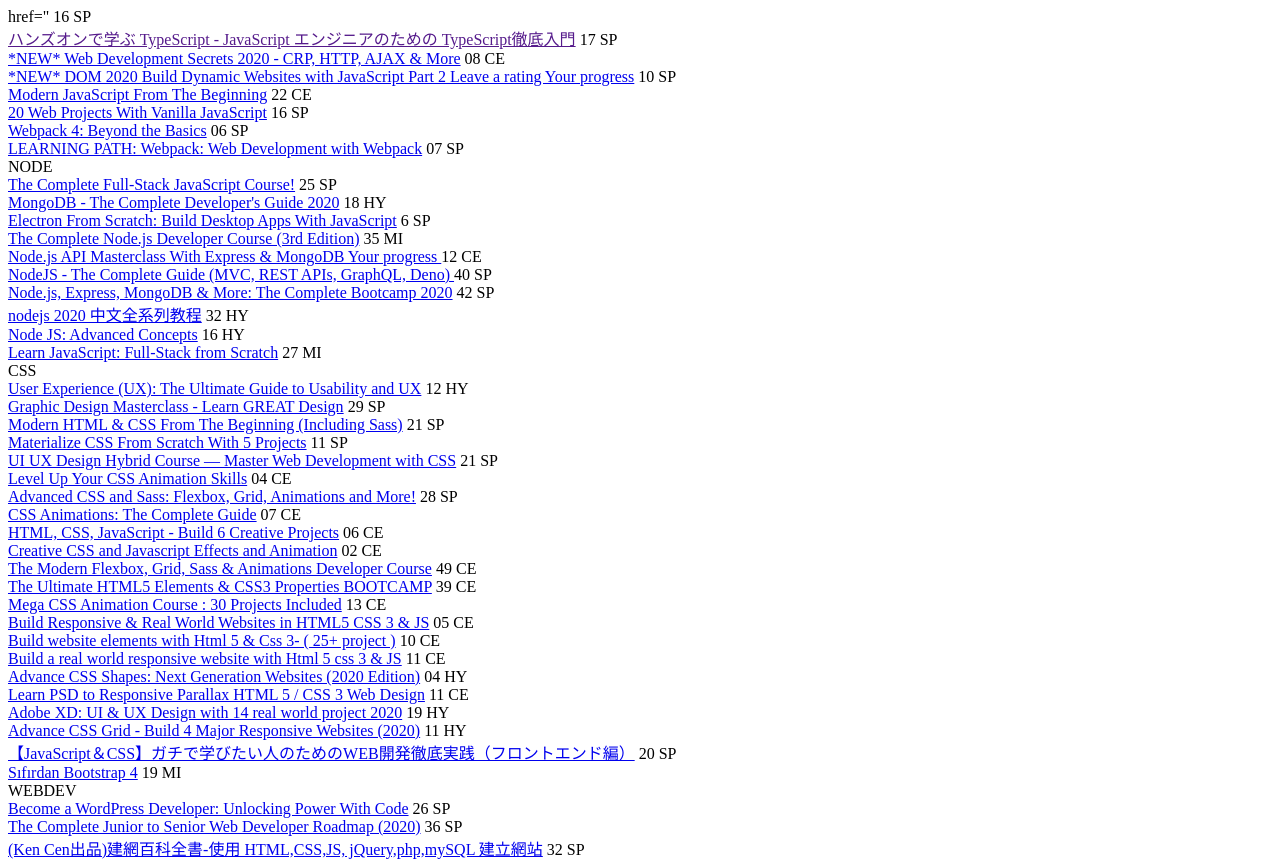
Repository: ClementLight/plan
Page: tmp.html
These files come from the project's save history. The page is drawn as it stood at one moment and after the next save; the edit follows.
The browser window is 1280 px wide. The pictures show the whole page.

Above is the page before, as saved 2020-09-01 14:24:39.

### tmp.html

        href="</a>
          <span class="hours">16</span>
          <span class="account">SP</span>
        </div>
        <div class="lesson lesson-background-filter">
          <a class="lessonname" href="">ハンズオンで学ぶ TypeScript - JavaScript エンジニアのための TypeScript徹底入門</a>
          <span class="hours">17</span>
          <span class="account">SP</span>
        </div>
        <div class="lesson lesson-background-filter">
          <a class="lessonname" href="https://www.udemy.com/course/new-web-development-secrets/learn/lecture/15578344?start=0#overview">*NEW* Web Development Secrets 2020 - CRP, HTTP, AJAX & More</a>
          <span class="hours">08</span>
          <span class="account">CE</span>
        </div>
        <div class="lesson lesson-background-filter">
          <a class="lessonname" href="https://www.udemy.com/course/build-dynamic-websites-dom-2/learn/lecture/17908964#overview">*NEW* DOM 2020 Build Dynamic Websites with JavaScript Part 2 Leave a rating Your progress</a>
          <span class="hours">10</span>
          <span class="account">SP</span>
        </div>
        <div class="lesson lesson-background-filter">
          <a class="lessonname" href="https://www.udemy.com/course/modern-javascript-from-the-beginning/learn/lecture/8762504?start=0#overview">Modern JavaScript From The Beginning</a>
          <span class="hours">22</span>
          <span class="account">CE</span>
        </div>
        <div class="lesson lesson-background-filter">
          <a class="lessonname" href="https://www.udemy.com/course/web-projects-with-vanilla-javascript/learn/lecture/17842028?start=210#overview">20 Web Projects With Vanilla JavaScript</a>
          <span class="hours">16</span>
          <span class="account">SP</span>
        </div>
        <div class="lesson lesson-background-filter">
          <a class="lessonname" href="https://www.udemy.com/course/webpack-beyond-the-basics/learn/lecture/8445416?start=285#overview">Webpack 4: Beyond the Basics</a>
          <span class="hours">06</span>
          <span class="account">SP</span>
        </div>
        <div class="lesson lesson-background-filter">
          <a class="lessonname" href="https://www.udemy.com/course/learning-path-webpack-web-development-with-webpack/learn/lecture/9378330#overview">LEARNING PATH: Webpack: Web Development with Webpack</a>
          <span class="hours">07</span>
          <span class="account">SP</span>
        </div>
      </div>
    </section>
    <section class="maincontainers">
      <div class="lessontype">NODE</div>
      <div class="lessons">
        <div class="lesson lesson-background-filter">
          <a class="lessonname" href="https://www.udemy.com/course/full-stack-javascript/learn/lecture/14022702?start=0#overview">The Complete Full-Stack JavaScript Course!</a>
          <span class="hours">25</span>
          <span class="account">SP</span>
        </div>
        <div class="lesson lesson-background-filter">
          <a class="lessonname" href="https://www.udemy.com/course/mongodb-the-complete-developers-guide/learn/lecture/13914002?start=0#overview">MongoDB - The Complete Developer's Guide 2020</a>
          <span class="hours">18</span>
          <span class="account">HY</span>
        </div>
        <div class="lesson lesson-background-filter">
          <a class="lessonname" href="https://www.udemy.com/course/electron-from-scratch/learn/lecture/19823412#overview">Electron From Scratch: Build Desktop Apps With JavaScript</a>
          <span class="hours">6</span>
          <span class="account">SP</span>
        </div>
        <div class="lesson lesson-background-filter">
          <a class="lessonname" href="https://www.udemy.com/course/the-complete-nodejs-developer-course-2/learn/lecture/13729190?start=0#announcements">The Complete Node.js Developer Course (3rd Edition)</a>
          <span class="hours">35</span>
          <span class="account">MI</span>
        </div>
        <div class="lesson lesson-background-filter">
          <a class="lessonname" href="https://www.udemy.com/course/nodejs-api-masterclass/learn/lecture/16581402?start=0#overview">Node.js API Masterclass With Express & MongoDB Your progress </a>
          <span class="hours">12</span>
          <span class="account">CE</span>
        </div>
        <div class="lesson lesson-background-filter">
          <a class="lessonname" href="https://www.udemy.com/course/nodejs-the-complete-guide/learn/lecture/11561886#overview">NodeJS - The Complete Guide (MVC, REST APIs, GraphQL, Deno) </a>
          <span class="hours">40</span>
          <span class="account">SP</span>
        </div>
        <div class="lesson lesson-background-filter">
          <a class="lessonname" href="https://www.udemy.com/course/nodejs-express-mongodb-bootcamp/learn/lecture/15065290?start=135#overview">Node.js, Express, MongoDB & More: The Complete Bootcamp 2020</a>
          <span class="hours">42</span>
          <span class="account">SP</span>
        </div>
        <div class="lesson lesson-background-filter">
          <a class="lessonname" href="https://www.udemy.com/course/nodejs-2020/learn/lecture/19475016?start=315#overview">nodejs 2020 中文全系列教程</a>
          <span class="hours">32</span>
          <span class="account">HY</span>
        </div>
        <div class="lesson lesson-background-filter">
          <a class="lessonname" href="https://www.udemy.com/course/advanced-node-for-developers/learn/lecture/9667538?start=0#overview">Node JS: Advanced Concepts</a>
          <span class="hours">16</span>
          <span class="account">HY</span>
        </div>
        <div class="lesson lesson-background-filter">
          <a class="lessonname" href="https://www.udemy.com/course/learn-javascript-full-stack-from-scratch/learn/lecture/15373818?start=1#overview">Learn JavaScript: Full-Stack from Scratch</a>
          <span class="hours">27</span>
          <span class="account">MI</span>
        </div>
      </div>
    </section>
    <section class="maincontainers">
      <div class="lessontype">CSS</div>
      <div class="lessons">
        <div class="lesson lesson-background-filter">
          <a class="lessonname" href="https://www.udemy.com/course/ultimate-guide-to-ux/learn/lecture/218133#overview">User Experience (UX): The Ultimate Guide to Usability and UX</a>
          <span class="hours">12</span>
          <span class="account">HY</span>
        </div>
        <div class="lesson lesson-background-filter">
          <a class="lessonname" href="https://www.udemy.com/course/graphic-design-masterclass-everything-you-need-to-know/learn/lecture/16859564?start=10#overview">Graphic Design Masterclass - Learn GREAT Design</a>
          <span class="hours">29</span>
          <span class="account">SP</span>
        </div>
        <div class="lesson lesson-background-filter">
          <a class="lessonname" href="https://www.udemy.com/course/modern-html-css-from-the-beginning/learn/lecture/13285606?start=0#overview">Modern HTML & CSS From The Beginning (Including Sass)</a>
          <span class="hours">21</span>
          <span class="account">SP</span>
        </div>
        <div class="lesson lesson-background-filter">
          <a class="lessonname" href="https://www.udemy.com/course/materialize-css-from-scratch-with-5-projects/learn/lecture/9380778?start=120#overview">Materialize CSS From Scratch With 5 Projects</a>
          <span class="hours">11</span>
          <span class="account">SP</span>
        </div>
        <div class="lesson lesson-background-filter">
          <a class="lessonname" href="https://www.udemy.com/course/uxdevelopment/learn/lecture/21499324?start=45#questions">UI UX Design Hybrid Course — Master Web Development with CSS</a>
          <span class="hours">21</span>
          <span class="account">SP</span>
        </div>
        <div class="lesson lesson-background-filter">
          <a class="lessonname" href="https://www.udemy.com/course/level-up-your-css-animation-skills/learn/lecture/14278658?start=746#overview">Level Up Your CSS Animation Skills</a>
          <span class="hours">04</span>
          <span class="account">CE</span>
        </div>
        <div class="lesson lesson-background-filter">
          <a class="lessonname" href="https://www.udemy.com/course/advanced-css-and-sass/learn/lecture/8859760?start=150#overview">Advanced CSS and Sass: Flexbox, Grid, Animations and More!</a>
          <span class="hours">28</span>
          <span class="account">SP</span>
        </div>
        <div class="lesson lesson-background-filter">
          <a class="lessonname" href="https://www.udemy.com/course/css-animations-the-complete-guide/learn/lecture/21508866?start=0#overview">CSS Animations: The Complete Guide</a>
          <span class="hours">07</span>
          <span class="account">CE</span>
        </div>
        <div class="lesson lesson-background-filter">
          <a class="lessonname" href="https://www.udemy.com/course/html-css-javascript-course-build-6-creative-projects/learn/lecture/12194674?start=180#overview">HTML, CSS, JavaScript - Build 6 Creative Projects</a>
          <span class="hours">06</span>
          <span class="account">CE</span>
        </div>
        <div class="lesson lesson-background-filter">
          <a class="lessonname" href="https://www.udemy.com/course/creative-css-and-javascript-effects-and-animation/learn/lecture/20827122#overview">Creative CSS and Javascript Effects and Animation</a>
          <span class="hours">02</span>
          <span class="account">CE</span>
        </div>
        <div class="lesson lesson-background-filter">
          <a class="lessonname" href="https://www.udemy.com/course/the-modern-flexbox-grid-sass-animations-developer-course/learn/lecture/20861738?start=15#questions">The Modern Flexbox, Grid, Sass & Animations Developer Course</a>
          <span class="hours">49</span>
          <span class="account">CE</span>
        </div>
        <div class="lesson lesson-background-filter">
          <a class="lessonname" href="https://www.udemy.com/course/the-most-up-tp-date-html5-css3-level-1-essentials-with-100-challenges/learn/lecture/18515152?start=131#overview">The Ultimate HTML5 Elements & CSS3 Properties BOOTCAMP</a>
          <span class="hours">39</span>
          <span class="account">CE</span>
        </div>
        <div class="lesson lesson-background-filter">
          <a class="lessonname" href="https://www.udemy.com/course/mega-css-animation-course/learn/lecture/15322532?start=0#overview">Mega CSS Animation Course : 30 Projects Included</a>
          <span class="hours">13</span>
          <span class="account">CE</span>
        </div>
        <div class="lesson lesson-background-filter">
          <a class="lessonname" href="https://www.udemy.com/course/build-responsive-real-world-websites-in-html5-css-3-js/learn/lecture/20595720?start=0#overview">Build Responsive & Real World Websites in HTML5 CSS 3 & JS</a>
          <span class="hours">05</span>
          <span class="account">CE</span>
        </div>
        <div class="lesson lesson-background-filter">
          <a class="lessonname" href="https://www.udemy.com/course/build-website-elements-with-html-5-css-3-25-project/learn/lecture/8485378?start=360#overview">Build website elements with Html 5 & Css 3- ( 25+ project )</a>
          <span class="hours">10</span>
          <span class="account">CE</span>
        </div>
        <div class="lesson lesson-background-filter">
          <a class="lessonname" href="https://www.udemy.com/course/build-a-real-world-responsive-website-with-html-5-css-3-js/learn/lecture/9007158?start=15#overview">Build a real world responsive website with Html 5 css 3 & JS</a>
          <span class="hours">11</span>
          <span class="account">CE</span>
        </div>
        <div class="lesson lesson-background-filter">
          <a class="lessonname" href="https://www.udemy.com/course/mastering-native-css-shapes/learn/lecture/7168320?start=0#overview">Advance CSS Shapes: Next Generation Websites (2020 Edition)</a>
          <span class="hours">04</span>
          <span class="account">HY</span>
        </div>
        <div class="lesson lesson-background-filter">
          <a class="lessonname" href="https://www.udemy.com/course/learn-psd-to-responsive-parallax-html-5-css-3-web-design/learn/lecture/12566652?start=0#overview">Learn PSD to Responsive Parallax HTML 5 / CSS 3 Web Design</a>
          <span class="hours">11</span>
          <span class="account">CE</span>
        </div>
        <div class="lesson lesson-background-filter">
          <a class="lessonname" href="https://www.udemy.com/course/adobe-xd-ui-ux-design-with-10-real-world-project-2020-tuto/learn/lecture/18412718?start=0#overview">Adobe XD: UI & UX Design with 14 real world project 2020</a>
          <span class="hours">19</span>
          <span class="account">HY</span>
        </div>
        <div class="lesson lesson-background-filter">
          <a class="lessonname" href="https://www.udemy.com/course/css-grid-the-complete-guide/learn/lecture/10099838?start=0#overview">Advance CSS Grid - Build 4 Major Responsive Websites (2020)</a>
          <span class="hours">11</span>
          <span class="account">HY</span>
        </div>

        <div class="lesson lesson-background-filter">
          <a class="lessonname" href="https://www.udemy.com/course/front-dev-tutorial/learn/lecture/17695216?start=477#overview">【JavaScript＆CSS】ガチで学びたい人のためのWEB開発徹底実践（フロントエンド編）</a>
          <span class="hours">20</span>
          <span class="account">SP</span>
        </div>
        <div class="lesson lesson-background-filter">
          <a class="lessonname" href="https://www.udemy.com/course/sifirdan-bootstrap-4/learn/lecture/15031248#overview">Sıfırdan Bootstrap 4</a>
          <span class="hours">19</span>
          <span class="account">MI</span>
        </div>
      </div>
    </section>
    <section class="maincontainers">
      <div class="lessontype">WEBDEV</div>
      <div class="lessons">
        <div class="lesson lesson-background-filter">
          <a class="lessonname" href="https://www.udemy.com/course/become-a-wordpress-developer-php-javascript/learn/lecture/7076998?start=270#overview">Become a WordPress Developer: Unlocking Power With Code</a>
          <span class="hours">26</span>
          <span class="account">SP</span>
        </div>
        <div class="lesson lesson-background-filter">
          <a class="lessonname" href="https://www.udemy.com/course/the-complete-junior-to-senior-web-developer-roadmap/learn/lecture/10409076?start=0#overview">The Complete Junior to Senior Web Developer Roadmap (2020)</a>
          <span class="hours">36</span>
          <span class="account">SP</span>
        </div>
        <div class="lesson lesson-background-filter">
          <a class="lessonname" href="https://www.udemy.com/course/ken-cens/learn/lecture/5246918?start=30#overview"> (Ken Cen出品)建網百科全書-使用 HTML,CSS,JS, jQuery,php,mySQL 建立網站</a>
          <span class="hours">32</span>
          <span class="account">SP</span>
        </div>
      </div>
    </section>

  </section>

After the next save:
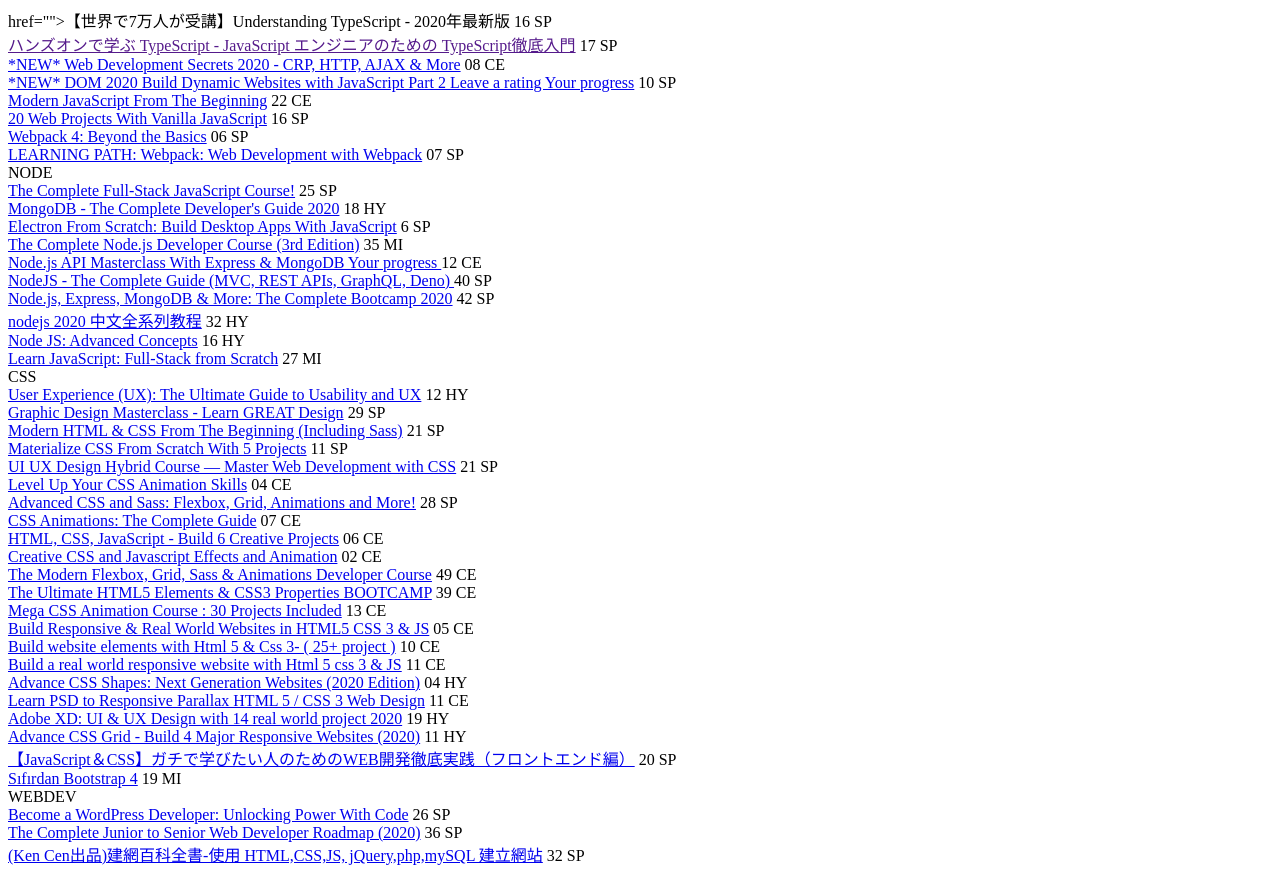
Saved 19 s later.
--- a/tmp.html
+++ b/tmp.html
@@ -1,5 +1,5 @@
 
-        href="</a>
+        href="">【世界で7万人が受講】Understanding TypeScript - 2020年最新版</a>
           <span class="hours">16</span>
           <span class="account">SP</span>
         </div>

After the save that followed:
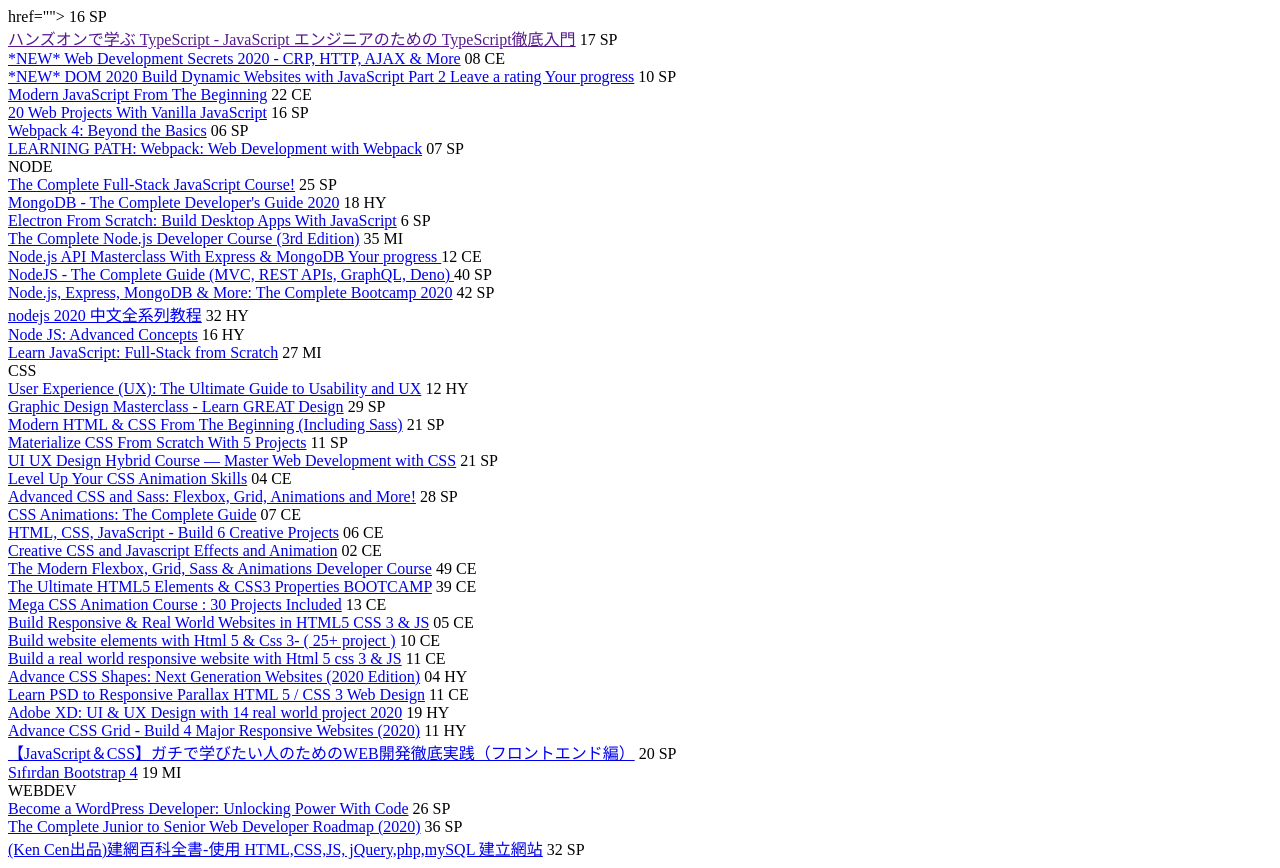
Saved 7 s later.
--- a/tmp.html
+++ b/tmp.html
@@ -1,5 +1,5 @@
 
-        href="">【世界で7万人が受講】Understanding TypeScript - 2020年最新版</a>
+        href=""></a>
           <span class="hours">16</span>
           <span class="account">SP</span>
         </div>
